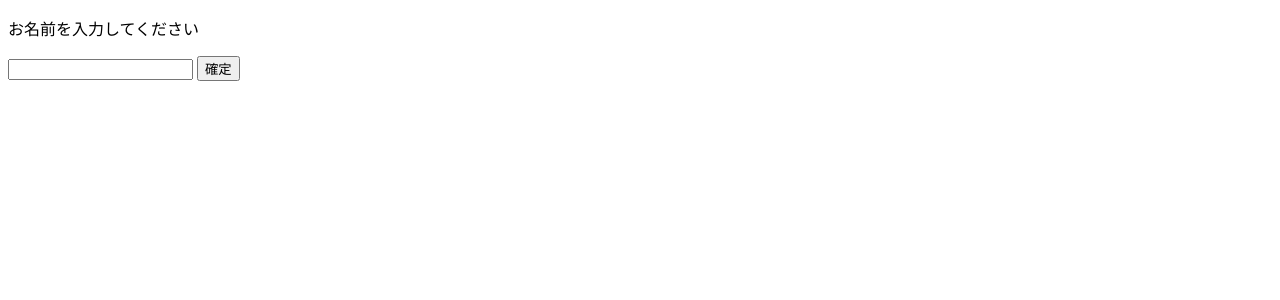
Repository: tanakoji/test
Page: http://localhost/HelloJSP/
These files come from the project's save history. The page is drawn as it stood at one moment and after the next save; the edit follows.
The browser window is 1280 px wide. The pictures show the whole page.
The page is served by Tomcat 9.

Above is the page before, as saved 2018-02-05 02:22:07.

### backup/HelloJSP/WebContent/index.jsp
<%@page import="org.apache.naming.java.javaURLContextFactory"%>
<%@ page language="java" contentType="text/html; charset=UTF-8"
    pageEncoding="UTF-8"%>
<!DOCTYPE html>
<html>
<head>
<meta charset="utf-8">
<title>TEST</title>
</head>
<body>
<p>お名前を入力してください</p>
<form method="post" action="greeting-out.jsp">
<input type="text" name="user">
<input type="submit" value="確定">
</form>

</body>
</html>

After the next save:
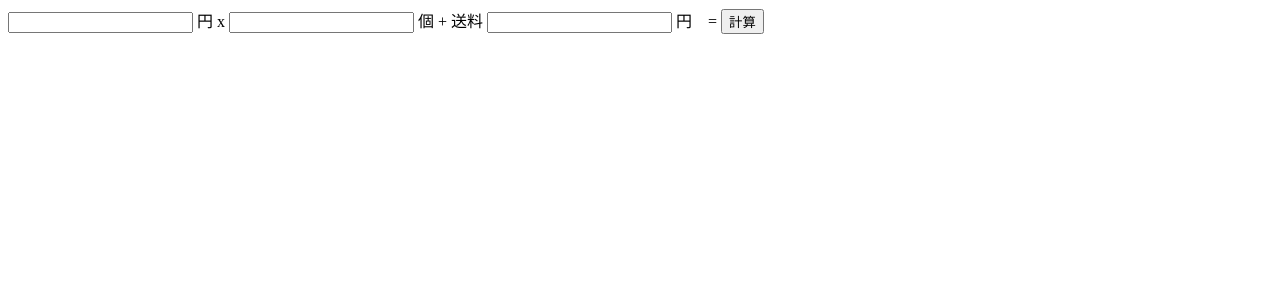
Saved 10 min 30 s later.
--- a/backup/HelloJSP/WebContent/index.jsp
+++ b/backup/HelloJSP/WebContent/index.jsp
@@ -8,10 +8,14 @@
 <title>TEST</title>
 </head>
 <body>
-<p>お名前を入力してください</p>
-<form method="post" action="greeting-out.jsp">
-<input type="text" name="user">
-<input type="submit" value="確定">
+<form method="post" action="total-out.jsp">
+<input type="text" name="price">
+円 x
+<input type="text" name="count">
+個 + 送料
+<input type="text" name="delivery">
+円　=
+<input type="submit" value="計算">
 </form>
 
 </body>
